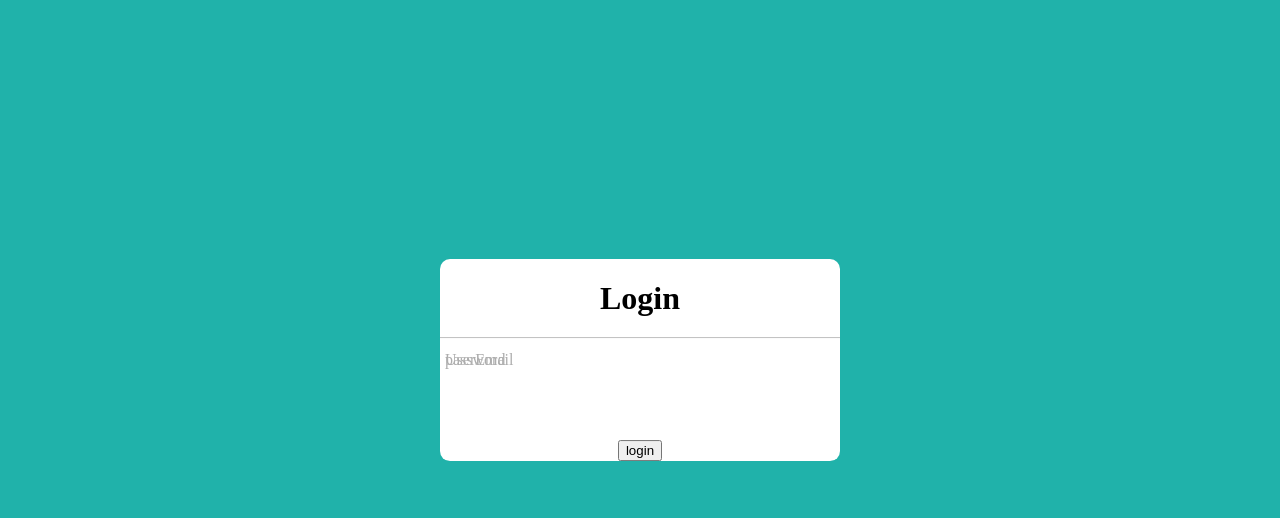
Repository: Aref19/eshop_frontEnd
Page: /
These files come from the project's save history. The page is drawn as it stood at one moment and after the next save; the edit follows.
The browser window is 1280 px wide. The pictures show the whole page.
The project was rebuilt for these pictures with package versions that can differ from the ones it lists, and the page was loaded fresh each time.

Above is the page before, as saved 2023-02-24 00:01:37.

After the next save:
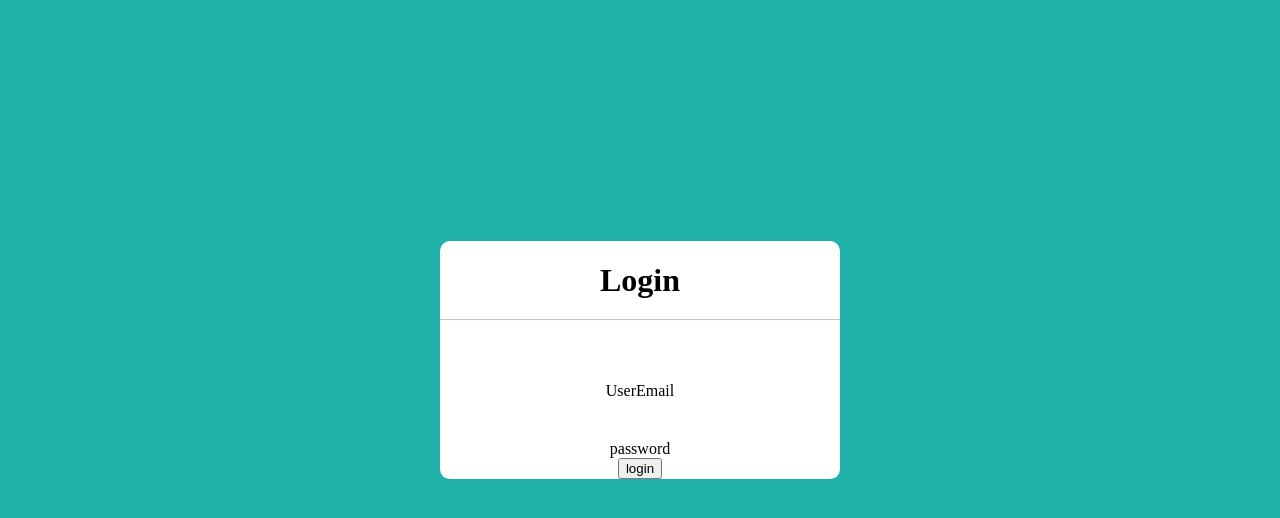
Saved 44 s later.
--- a/src/css/Login.css
+++ b/src/css/Login.css
@@ -47,13 +47,3 @@ form txt_field{
     background: none;
     outline: none;
 }
-
-.txt_field label{
-    position: absolute;
-    top: 50%;
-    left: 5px;
-    color: #adadad;
-    transform: translateY(-50%);
-    pointer-events: none;
-
-}

After the save that followed:
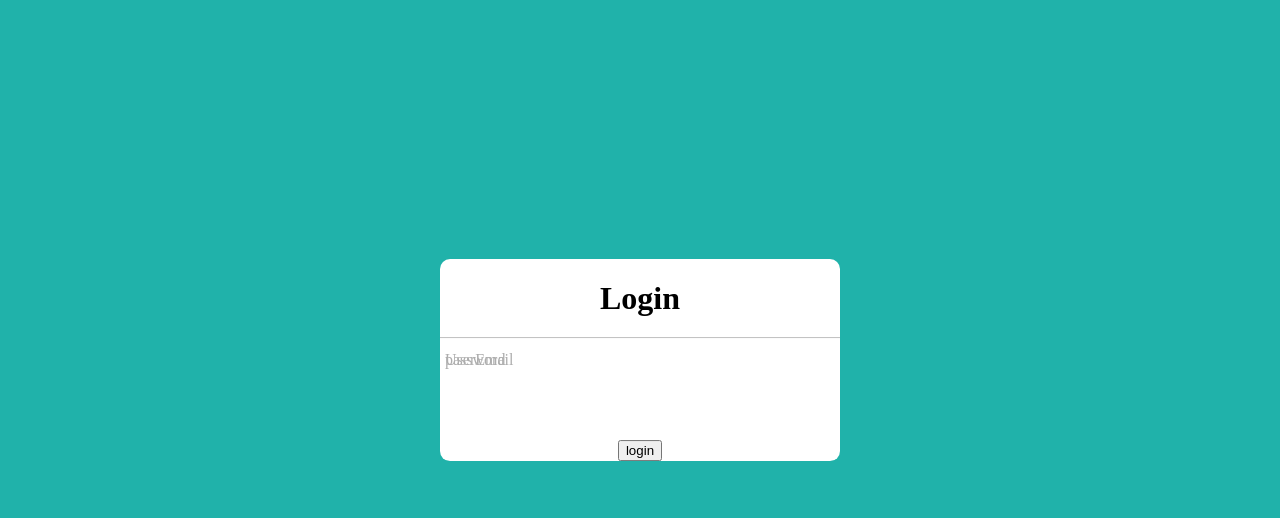
Saved 20 s later.
--- a/src/css/Login.css
+++ b/src/css/Login.css
@@ -47,3 +47,13 @@ form txt_field{
     background: none;
     outline: none;
 }
+
+.txt_field label{
+    position: absolute;
+    top: 50%;
+    left: 5px;
+    color: #adadad;
+    transform: translateY(-50%);
+    pointer-events: none;
+
+}
